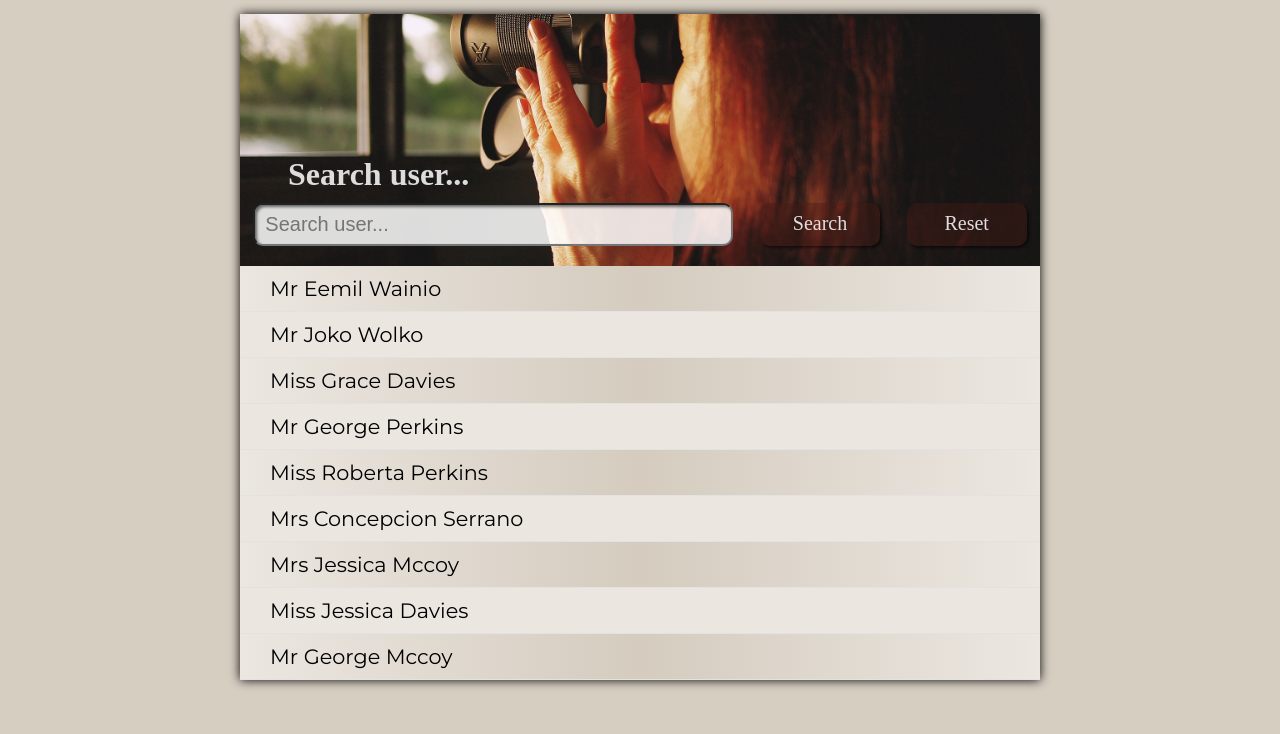
Repository: KrzysKolo/sr_tydzien5_zad4
Page: /, after clicking the first element matching `div.header__search-btn`
The author's editor kept a copy of each file at every save. The page is drawn from the files as they stood at one save, then again after a run of saves.
The browser window is 1280 px wide. The pictures show the whole page.
Some web fonts or font styles are not loaded; a fallback is used. The project was rebuilt for these pictures with package versions that can differ from the ones it lists, and the page was loaded fresh each time.

Above is the page before, as saved 2021-01-07 03:59:19.

After the next 2 saves:
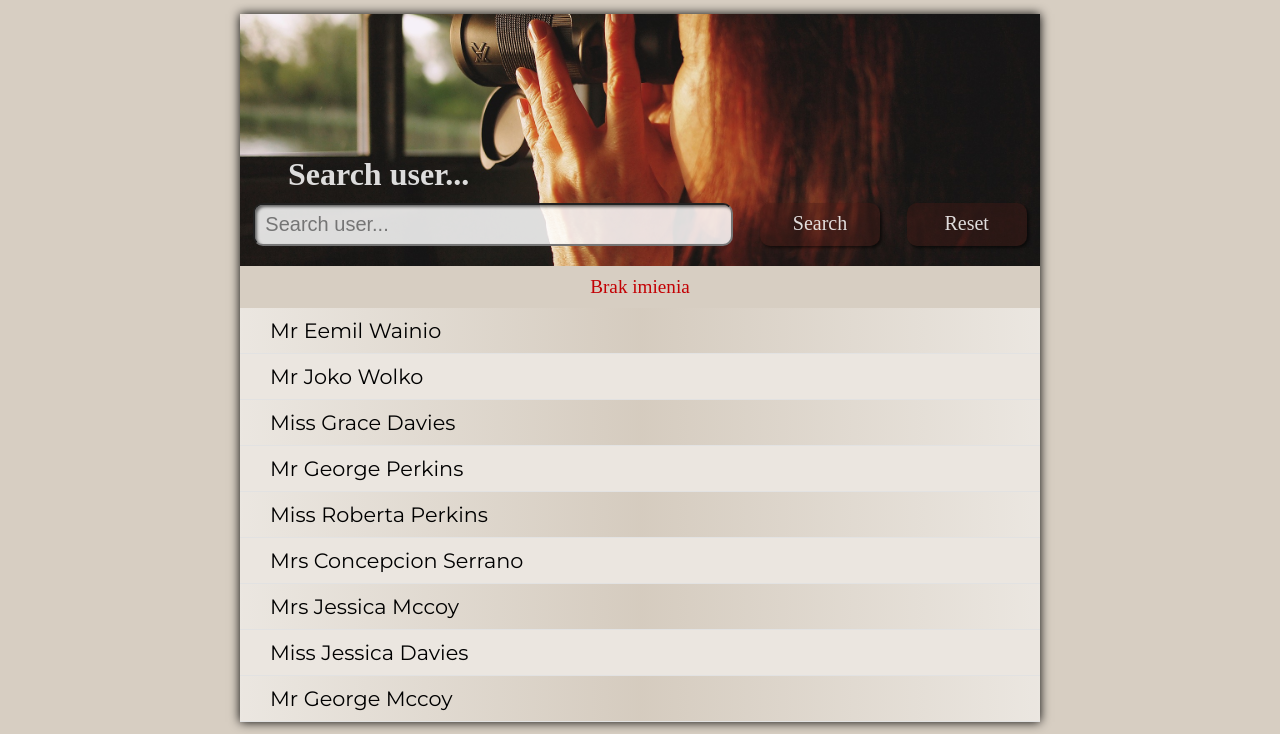
The 2 saves are shown as one change because 1 did not build or start.
The last was saved 80 s later.
--- a/src/components/UsersContainer.js
+++ b/src/components/UsersContainer.js
@@ -5,7 +5,7 @@ import Header from './userContainerComponents/Header';
 import Error from './userContainerComponents/Error';
 
 const UsersContainer = () => {
-  const [isErr, setIsErr] = useState(false);
+  const {isErr, setIsErr} = useContext(UserContext);
   return (
     <section>
       <Header />
